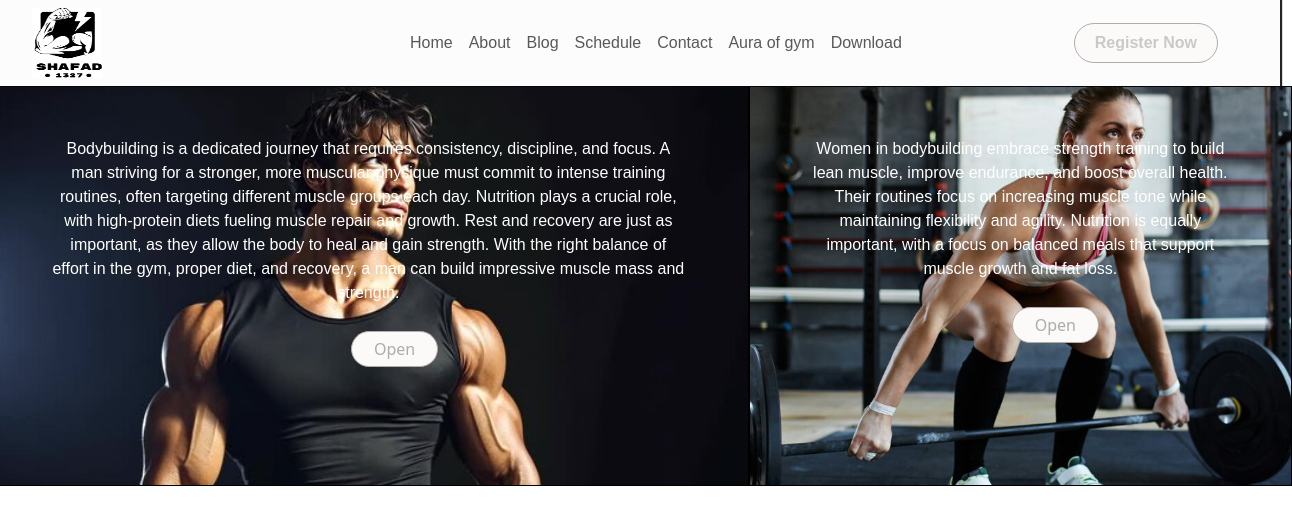
Repository: Daud-shafad/gymwebsite
Page: bootstrap-5.3.3-dist/bootstrap-5.3.3-dist/gym.html
An editor plug-in stored every save of this project. The page is shown before and after the next save, followed by the edit.
The browser window is 1280 px wide. The page is 1292 px wide, so the pictures cover 1292 px, including what lies to the right of the window. The pictures show the whole page.

Above is the page before, as saved 2024-12-28 14:00:38.

After the next save:
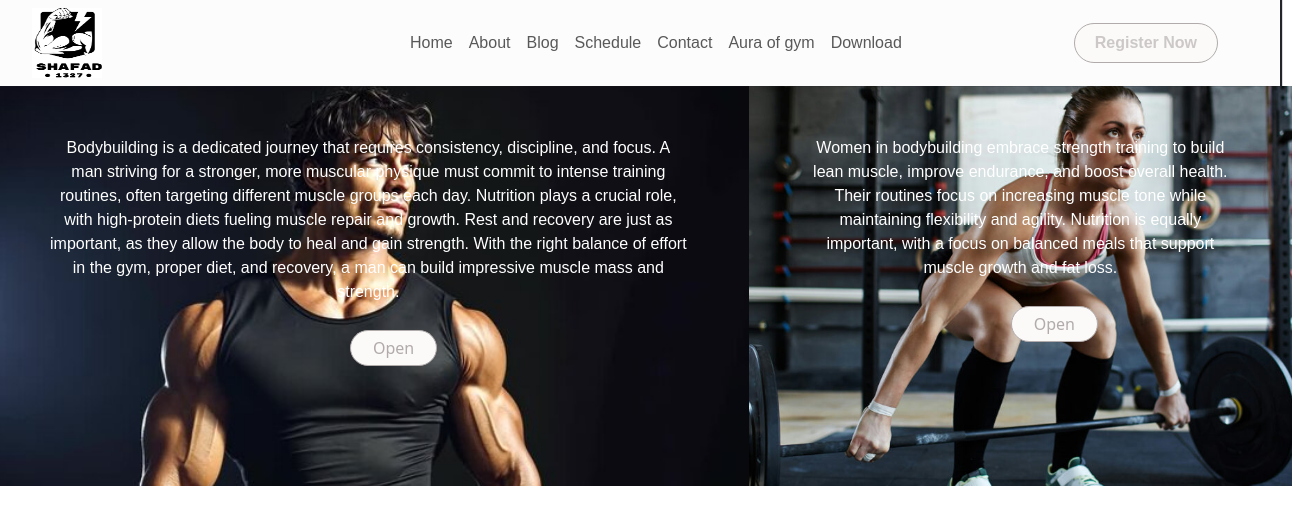
Saved 3 min 59 s later.
--- a/bootstrap-5.3.3-dist/bootstrap-5.3.3-dist/gym.css
+++ b/bootstrap-5.3.3-dist/bootstrap-5.3.3-dist/gym.css
@@ -41,7 +41,7 @@
     background-size: cover;
     background-repeat: no-repeat;
     height: 400px;
-    border: 1px solid black;
+
 }
 
 .row .col-7 .p-man-bodybuilding{
@@ -79,7 +79,7 @@
     background-size: cover;
     background-repeat: no-repeat;
     height: 400px;
-    border: 1px solid black;
+
 
 }
 
